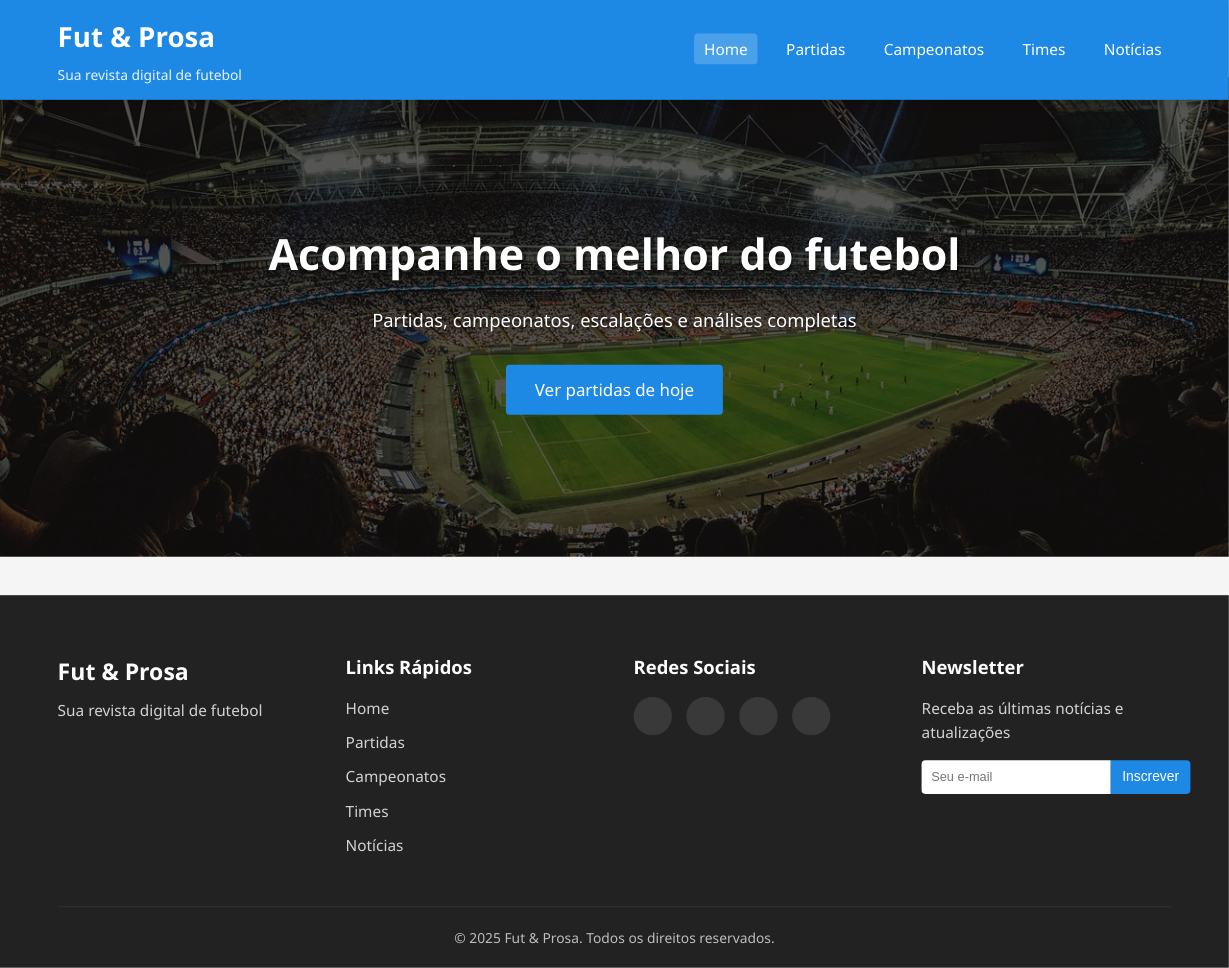
Repository: andreGattermeyer/noticias-futebol-angular
Page: / (app in projeto-fut/)
The author's editor kept a copy of each file at every save. The page is drawn from the files as they stood at one save, then again after a run of saves.
The browser window is 1280 px wide. The pictures show the whole page, at 96% of full size.
The project was rebuilt for these pictures with package versions that can differ from the ones it lists, and the page was loaded fresh each time. Also part of the build but not shown: projeto-fut/angular.json.

Above is the page before, as saved 2025-04-09 14:27:43.

After the next 3 saves:
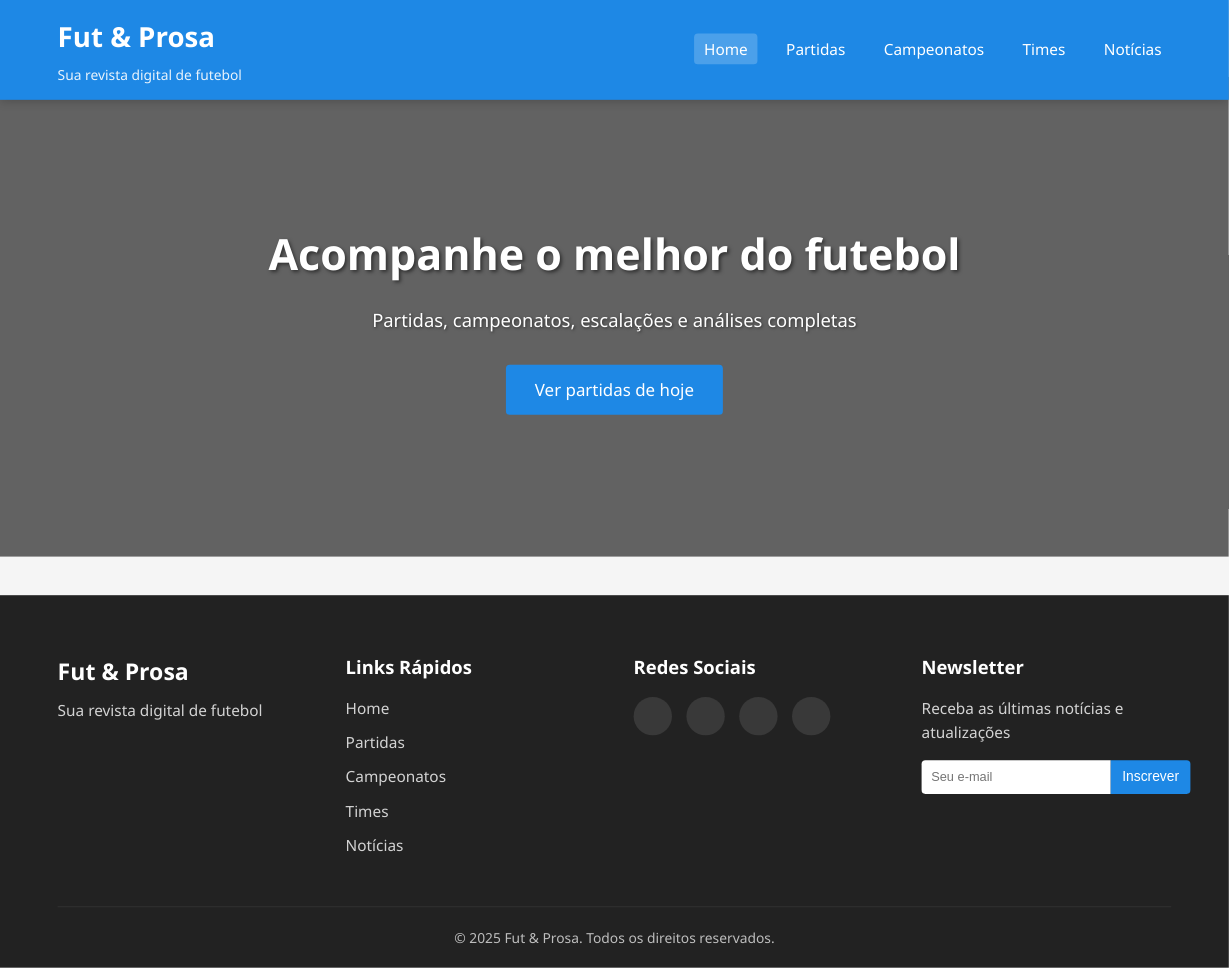
The 3 saves are shown as one change because they came seconds apart.
The last was saved 42 s later.
--- a/projeto-fut/src/app/hero/hero.component.html
+++ b/projeto-fut/src/app/hero/hero.component.html
@@ -1,6 +1,6 @@
 <section class="hero">
   <div class="hero-container">
-      <img src="./imagens/aleatorio/foto-campo-01.jpg" alt="Campo de futebol" class="hero-image">
+      <img src="../" alt="Campo de futebol" class="hero-image">
       <div class="hero-overlay">
           <h2>Acompanhe o melhor do futebol</h2>
           <p>Partidas, campeonatos, escalações e análises completas</p>
